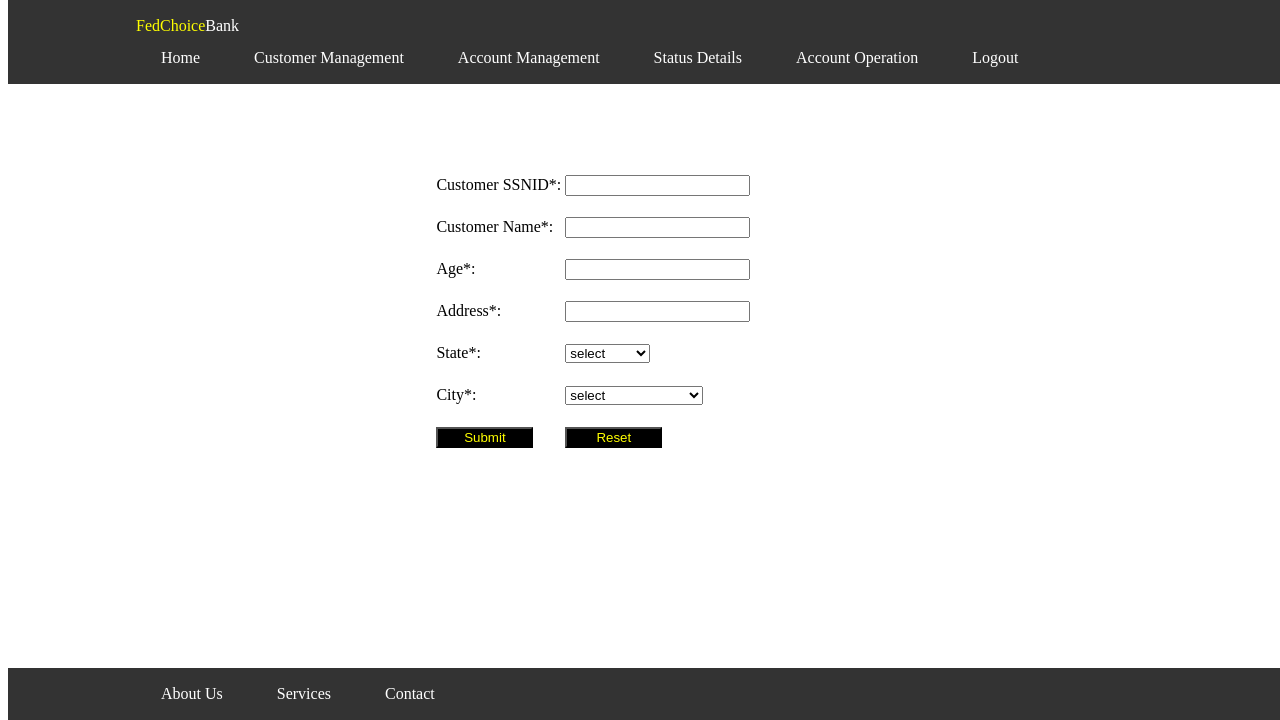
Repository: gopikavinod/RBM
Page: http://localhost/Retail_Bank_Management/userLogged.jsp
These files come from the project's save history. The page is drawn as it stood at one moment and after the next save; the edit follows.
The browser window is 1280 px wide. The pictures show the whole page.
The page is served by Tomcat 9. Other server files are loaded and not shown.

Above is the page before, as saved 2020-06-15 11:08:12.

### eclipse-workspace/Retail Bank Management/WebContent/userLogged.jsp
<%@page import="com.bean.LoginServlet"%>
<%@ page language="java"
         contentType="text/html; charset=windows-1256"
         pageEncoding="windows-1256"
         import="com.bean.UserBean"
         import="com.bean.LoginServlet"
   %>

   <!DOCTYPE html PUBLIC "-//W3C//DTD HTML 4.01 Transitional//EN"
   "http://www.w3.org/TR/html4/loose.dtd">

   <html>

      <head>
         <meta http-equiv="Content-Type"
            content="text/html; charset=windows-1256">


   <title>FedChoice Bank</title>
<style>
    /* Add some padding on document's body to prevent the content
    to go underneath the header and footer */
    body{
        padding-top: 60px;
        padding-bottom: 40px;
    }
    .container{
        width: 80%;
        margin: 0 auto; /* Center the DIV horizontally */
    }
    .fixed-header, .fixed-footer{
        width: 100%;
        position: fixed;
        background: #333;
        padding: 10px 0;
        color: #fff;
    }
    .fixed-header{
        top: 0;
    }
    .fixed-footer{
        bottom: 0;
    }
    /* Some more styles to beutify this example */
    nav a{
        color: #fff;
        text-decoration: none;
        padding: 7px 25px;
        display: inline-block;
    }
    .container p{
        line-height: 200px; /* Create scrollbar to test positioning */
    }
    p.detail
    {
    color:yellow;
    line-height: 0px;
    }
    span.name{
    	color:white;
    }
    tr
    {
    height: 40px;
    }
</style>
</head>
<body>
    <div class="fixed-header">
        <div class="container">
            <nav>
          <p class="detail">FedChoice<span class="name">Bank</span></p>
                <a href="#">Home</a>
                <a href="#">Customer Management</a>
                <a href="#">Account Management</a>
                <a href="#">Status Details</a>
                <a href="#">Account Operation</a>
                <a href="#">Logout</a>
            </nav>
        </div>
    </div>
    <div class="container">
    <p>
    	<form action="createCustomerServlet" name="createCustomer" enctype="multipart/form-data" style="margin-top: 95px;
    margin-left: 299px;">
    <table>
<tr >
<td>Customer SSNID*:</td>
<td><input type="text" id="cssnid" name="customerssnid" value=""> </td>
</tr>
<tr>
<td>Customer Name*:</td>
<td><input type="text" id="cname" name="customername" value=""> </td>
</tr>
<tr>
<td>Age*:</td>
<td><input type="text" id="cname" name="customername" value=""></td>
</tr>
<tr>
<td>Address*:</td>
<td> <input type="text" id="address" name="customeraddress" value=""></td>
</tr>
<tr>
<td>State*:</td>
<td> <select name="state" id="state">
<option value="select">select</option>
  <option value="Kerala">Kerala</option>
  <option value="TamilNadu">TamilNadu</option>
  <option value="Karnataka">Karnataka</option>
  <option value="Delhi">Delhi</option>
</select>
</td>
</tr>
<tr>
<td>City*:</td>
<td> <select name="city" id="city">
<option value="select">select</option>
  <option value="Ernakulam">Ernakulam</option>
  <option value="Thrissur">Thrissur</option>
  <option value="Palakkad">Palakkad</option>
  <option value="Thiruvanathapuram">Thiruvanathapuram</option>
</select>
</td>
</tr>
<tr colspan="1">
<td><input type="submit" value="Submit" style="background-color: black;color: yellow ;width:97px"></td>
<td><input type="reset" value="Reset" style="background-color: black;color: yellow ;width:97px"></td>
</tr>
</table>

    	</form>
    	</p>
    	    </div>
    <div class="fixed-footer">
        <div class="container">
        <nav>

                <a href="#">About Us</a>
                <a href="#">Services</a>
                <a href="#">Contact</a>
        </nav>
        </div>
    </div>
</body>
   </html>

After the next save:
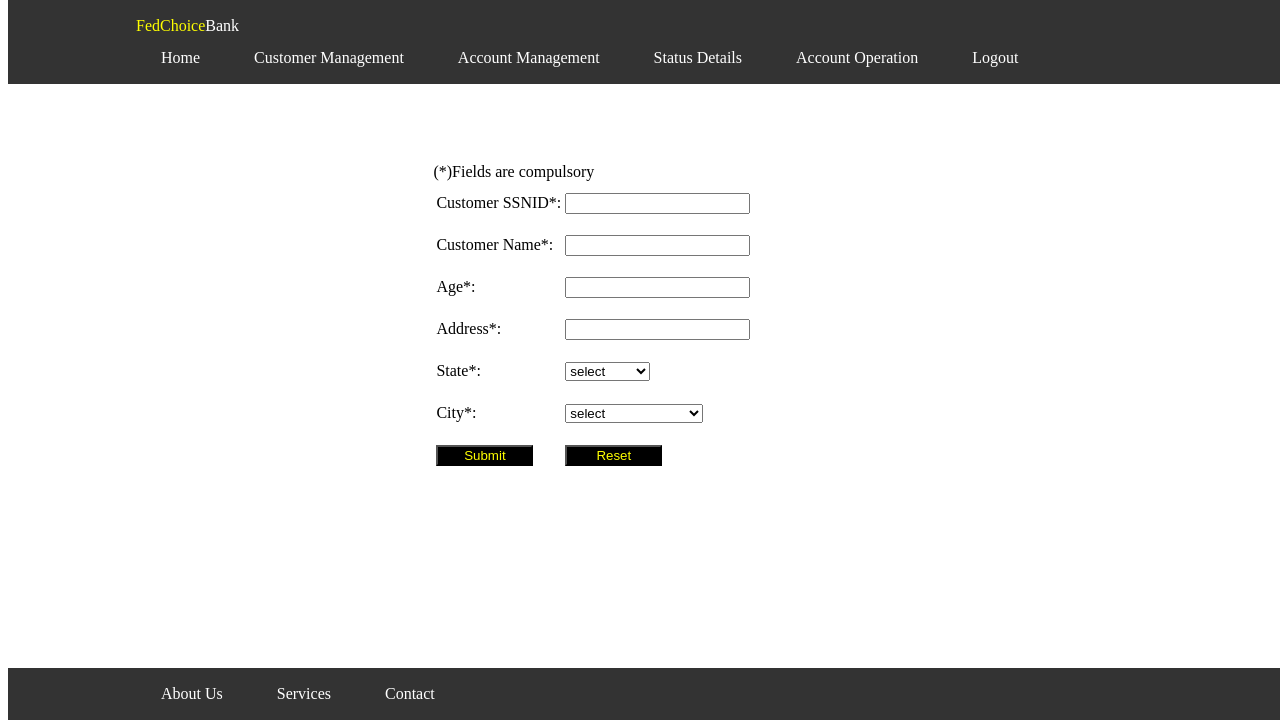
Saved 91 s later.
--- a/eclipse-workspace/Retail Bank Management/WebContent/userLogged.jsp
+++ b/eclipse-workspace/Retail Bank Management/WebContent/userLogged.jsp
@@ -126,6 +126,9 @@
 <td><input type="submit" value="Submit" style="background-color: black;color: yellow ;width:97px"></td>
 <td><input type="reset" value="Reset" style="background-color: black;color: yellow ;width:97px"></td>
 </tr>
+<tr style="color: red;">
+(*)Fields are compulsory
+</tr>
 </table>
 
     	</form>
